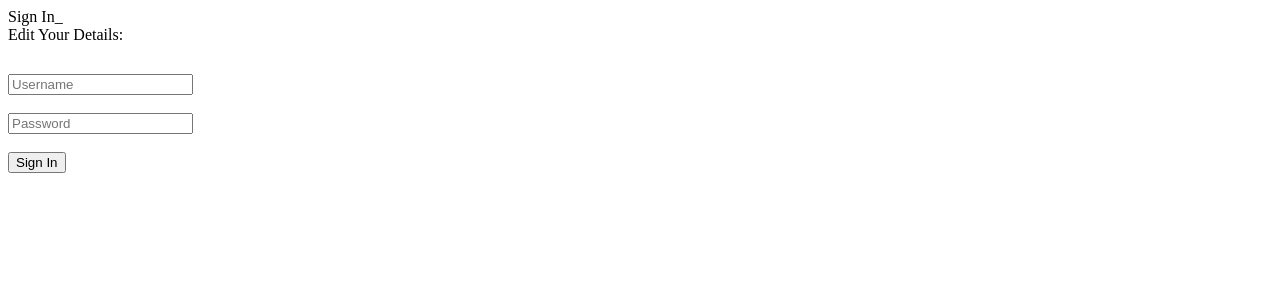
Repository: Sonalitanika/Assigment_IT17048842
Page: Lab09/WebContent/EditUser.html
An editor plug-in stored every save of this project. The page is shown before and after the next save, followed by the edit.
The browser window is 1280 px wide. The pictures show the whole page.

Above is the page before, as saved 2019-05-25 16:57:19.

### Lab09/WebContent/EditUser.html
<!DOCTYPE html>
<html>
<head>
<meta charset="utf-8">
<title>Login</title>
<script type="text/javascript" src="js/jquery-3.4.1.min.js"></script>
</head>
<body>
 <!--body area-->
    <div>

        <!--header area-->
        <div class="header">

            <!--header inner area-->
            <div class="header_inner_area_other">


                <!--header image area-->
                <div class="header_image_other">
                    Sign In_
                </div>
            </div>
        </div>

        <!--content area-->
        <div class="content">

            <!--inner_content_1 area-->
            <div class="inner_content_1">

                <div class="text-center content_area">Edit Your Details:</div>

                <div class="text-center" style="margin-top: 30px">
                    <form name="signin" method="post" action="Login">
                        <input type="text" name="username" placeholder="Username" class="input_style1"><br><br>
                        <input type="password" name="password" placeholder="Password" class="input_style1"><br><br>

                        <div class="text-center content_area">

                        </div>

                        <button type="submit" class="form_button">Sign In</button>
                    </form>
                </div>

            </div>

            <!--inner_content_2 area-->
            <div class="inner_content_2">

            </div>
        </div>

        <!--footer area-->
        <div class="footer">

            <!--footer inner area-->
            <div class="footer_inner_area">


            </div>

        </div>
    </div>
</body>
</html>

Loaded but not shown: Lab09/WebContent/js/jquery-3.4.1.min.js (library)

After the next save:
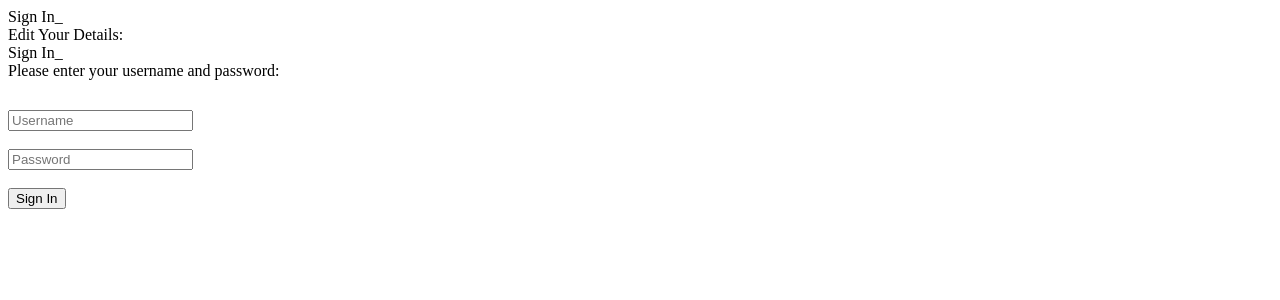
Saved 2 min 42 s later.
--- a/Lab09/WebContent/EditUser.html
+++ b/Lab09/WebContent/EditUser.html
@@ -30,6 +30,39 @@
             <div class="inner_content_1">
 
                 <div class="text-center content_area">Edit Your Details:</div>
+
+<!DOCTYPE html>
+<html>
+<head>
+<meta charset="utf-8">
+<title>Login</title>
+<script type="text/javascript" src="js/jquery-3.4.1.min.js"></script>
+</head>
+<body>
+ <!--body area-->
+    <div>
+
+        <!--header area-->
+        <div class="header">
+
+            <!--header inner area-->
+            <div class="header_inner_area_other">
+
+
+                <!--header image area-->
+                <div class="header_image_other">
+                    Sign In_
+                </div>
+            </div>
+        </div>
+
+        <!--content area-->
+        <div class="content">
+
+            <!--inner_content_1 area-->
+            <div class="inner_content_1">
+
+                <div class="text-center content_area">Please enter your username and password:</div>
 
                 <div class="text-center" style="margin-top: 30px">
                     <form name="signin" method="post" action="Login">
@@ -65,3 +98,25 @@
     </div>
 </body>
 </html>
+
+            </div>
+
+            <!--inner_content_2 area-->
+            <div class="inner_content_2">
+
+            </div>
+        </div>
+
+        <!--footer area-->
+        <div class="footer">
+
+            <!--footer inner area-->
+            <div class="footer_inner_area">
+
+
+            </div>
+
+        </div>
+    </div>
+</body>
+</html>
